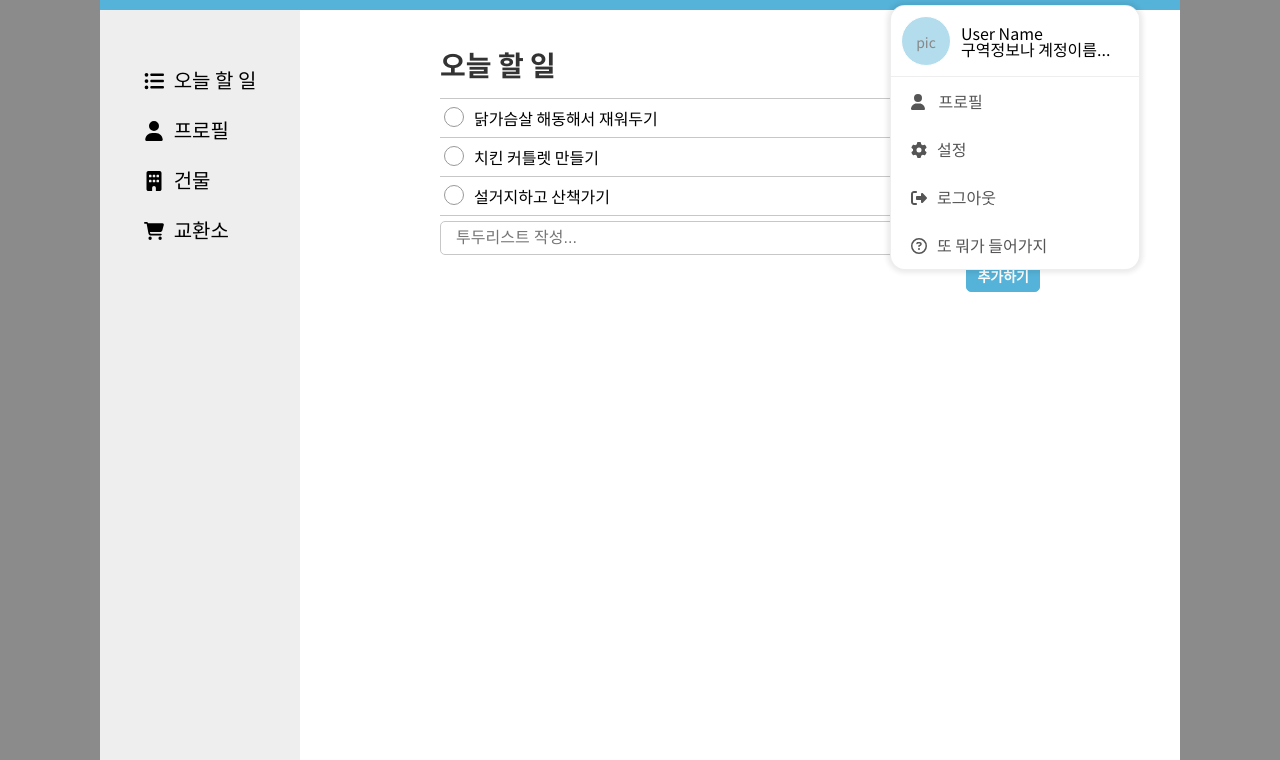
Repository: sunoo-lee/toVillage-old
Page: /
An editor plug-in stored every save of this project. The page is shown before and after the next save, followed by the edit.
The browser window is 1280 px wide. The pictures show the whole page.
The project was rebuilt for these pictures with package versions that can differ from the ones it lists, and the page was loaded fresh each time. Also part of the build but not shown: src/routes/Auth.js, src/components/MyProfile.js, src/routes/Profile.js, src/components/Area.module.css, src/components/Area.js, src/routes/Building.js, src/components/TradingShop.module.css, src/components/TradingShop.js and 1 more.

Above is the page before, as saved 2022-10-13 04:17:19.

After the next save:
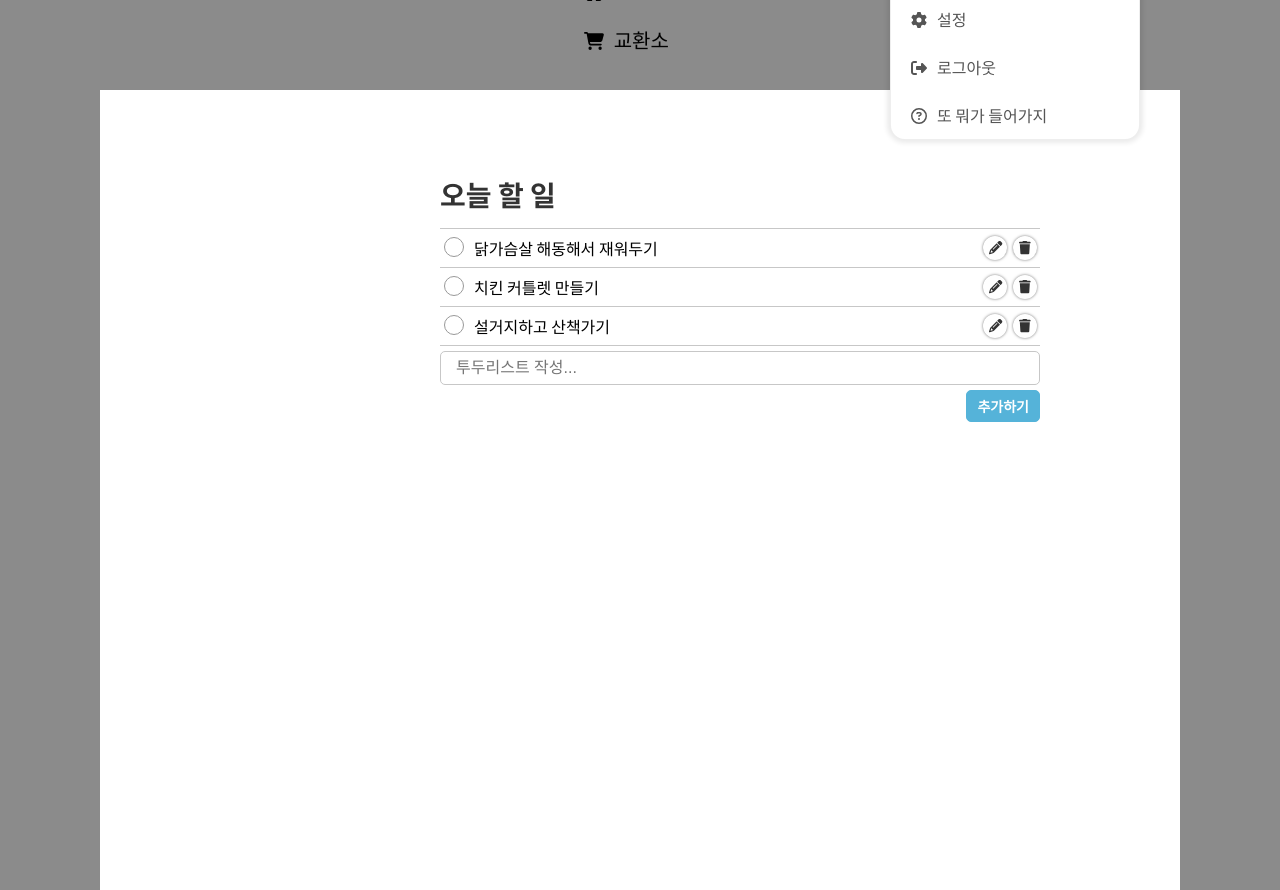
Saved 74 s later.
--- a/src/components/Navigation.js
+++ b/src/components/Navigation.js
@@ -14,7 +14,7 @@ const Navigation = ({ isNav }) => {
   if (isNav) {
   }
   return (
-    <nav id={styles.nav} className={isNav ? styles.active : ""}>
+    <nav className={isNav ? styles.nav_active : styles.nav}>
       {/* <MiniProfile /> */}
       <div className={styles.container}>
         <ul>
